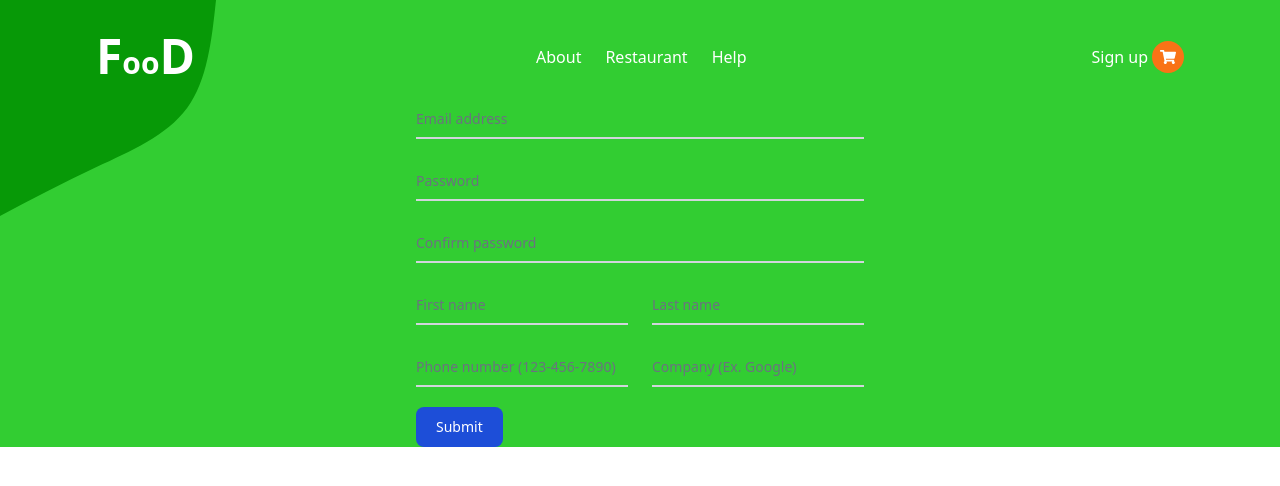
Repository: KhushiCode14/FoodWeb
Page: /signUp (app in frontend/)
The author's editor kept a copy of each file at every save. The page is drawn from the files as they stood at one save, then again after a run of saves.
The browser window is 1280 px wide. The pictures show the whole page.
The project was rebuilt for these pictures with package versions that can differ from the ones it lists, and the page was loaded fresh each time. Also part of the build but not shown: frontend/src/Pages/Home.tsx, frontend/src/components/Home/SignIn.tsx, frontend/src/components/Home/Cart.tsx.

Above is the page before, as saved 2024-09-20 19:57:23.

### frontend/src/index.css
@tailwind base;
@tailwind components;
@tailwind utilities;

.bgBack{
  background-image: url(../src/components/images/background.svg);
}
.bgSignUp{
  background-image:url(../src/components/images/signUpBg.jpeg);
}

### frontend/src/App.tsx
import { Route, BrowserRouter as Router, Routes, } from 'react-router-dom';
import './App.css';
import Navbar from './Pages/Navbar';
import Home from './Pages/Home';
import SignUp from './components/Home/SignUp';
import SignIn from './components/Home/SignIn';
import Cart from './components/Home/Cart';

function App() {
  return (
    <div className="App bgBack m-0 px-20 pt-2 max-sm:px-3 max-sm:pt-1">
      <Router>
        <Navbar />
        <Routes>
          <Route path="/" element={<Home />} />
          <Route path="/signUp" element={<SignUp />} />
          {/* Sign Up: This action is for new users who want to create an account. */}
          <Route path="/signIn" element={<SignIn />} />
          {/* Sign In: This action is for users who already have an account */}
          <Route path="/cart" element={<Cart />} />
          {/* <Route  path="/about" element={About} />
        <Route  path="/contact" element={Contact} /> */}
        </Routes>
      </Router>

    </div>
  );
}

export default App;

### frontend/src/Pages/Navbar.tsx
import { NavLink, Link } from "react-router-dom";
import { FaShoppingCart, FaCartPlus } from "react-icons/fa";
import { useState } from "react";
import { IoReorderThreeOutline } from "react-icons/io5";

interface Nav {
  to: string;
  linkName: string;
}

const Navbar: React.FC = () => {
  const [sign, setSign] = useState<string>('Sign up');
  const [menu, setMenu] = useState<boolean>(false);
  const [cart, setCart] = useState<JSX.Element>(<FaShoppingCart />);

  const navLinks: Nav[] = [
    { to: "/about", linkName: "About" },
    { to: "/", linkName: "Restaurant" },
    { to: "/help", linkName: "Help" },
  ];

  const handleSignToggle = () => {
    setSign((prev) => (prev === 'Sign up' ? 'Sign in' : 'Sign up'));
  };

  const handleCartToggle = () => {
    setCart((prevCart) =>
      prevCart.type === FaShoppingCart ? <FaCartPlus /> : <FaShoppingCart />
    );
  };

  return (
    <div className="mt-2 flex justify-between items-center text-white  p-4">
      <div className="font-bold text-3xl">
        <Link to="/">
          <span className="text-5xl">F</span>oo<span className="text-5xl">D</span>
        </Link>
      </div>

      {/* Desktop Menu */}
      <div className="hidden md:flex">
        {navLinks.map((link, index) => (
          <Link key={index} to={link.to} className="mx-3 hover:text-gray-400">
            {link.linkName}
          </Link>
        ))}
      </div>

      {/* Mobile Menu Button */}
      <div className="flex items-center relative">
        <button className="hidden md:block">
          <NavLink to="/signUp" onClick={handleSignToggle} className="m-1">
            {sign}
          </NavLink>
        </button>

        <div onClick={handleCartToggle} className="bg-orange-500 p-2 rounded-full cursor-pointer">
         <Link to="/cart"> {cart}</Link>
        </div>

        <div className="md:hidden flex items-center ml-3">
          <IoReorderThreeOutline onClick={() => setMenu(!menu)} className="text-2xl cursor-pointer" />
        </div>
      </div>

      {/* Mobile Dropdown Menu */}
      {menu && (
        <div className="md:hidden mt-2 absolute right-0 w-40 bg-orange-500  p-2 rounded-lg z-10 top-20">
          <ul className="flex flex-col">
            {navLinks.map((link, index) => (
              <li key={index} className="my-1">
                <Link to={link.to} className="block px-4 py-2 text-white text-1xl  hover:bg-orange-800 rounded">
                  {link.linkName}
                </Link>
              </li>
            ))}
          </ul>
        </div>
      )}
    </div>
  );
};

export default Navbar;

### frontend/src/components/Home/SignUp.tsx
import React, { useState } from 'react';

const FormComponent: React.FC = () => {
  const [formData, setFormData] = useState({
    email: '',
    password: '',
    repeatPassword: '',
    firstName: '',
    lastName: '',
    phone: '',
    company: ''
  });

  const handleChange = (e: React.ChangeEvent<HTMLInputElement>) => {
    setFormData({ ...formData, [e.target.name]: e.target.value });
  };

  const handleSubmit = (e: React.FormEvent) => {
    e.preventDefault();
    console.log(formData);
    // Add form submission logic here
  };

  return (
    <form className="max-w-md mx-auto  " onSubmit={handleSubmit} >
      <div className="relative z-0 w-full mb-5 group ">
        <input
          type="email"
          name="email"
          id="floating_email"
          className="block py-2.5 px-0 w-full text-sm text-black bg-transparent border-0 border-b-2 border-gray-300 appearance-none dark:text-white dark:border-gray-600 dark:focus:border-blue-500 focus:outline-none focus:ring-0 focus:border-blue-600 peer"
          placeholder=" "
          value={formData.email}
          onChange={handleChange}
          required
        />
        <label
          htmlFor="floating_email"
          className="peer-focus:font-medium absolute text-sm text-gray-500 dark:text-gray-400 duration-300 transform -translate-y-6 scale-75 top-3 -z-10 origin-[0] peer-focus:start-0 rtl:peer-focus:translate-x-1/4 peer-focus:text-blue-600 peer-focus:dark:text-blue-500 peer-placeholder-shown:scale-100 peer-placeholder-shown:translate-y-0 peer-focus:scale-75 peer-focus:-translate-y-6"
        >
          Email address
        </label>
      </div>

      <div className="relative z-0 w-full mb-5 group">
        <input
          type="password"
          name="password"
          id="floating_password"
          className="block py-2.5 px-0 w-full text-sm text-gray-900 bg-transparent border-0 border-b-2 border-gray-300 appearance-none dark:text-white dark:border-gray-600 dark:focus:border-blue-500 focus:outline-none focus:ring-0 focus:border-blue-600 peer"
          placeholder=" "
          value={formData.password}
          onChange={handleChange}
          required
        />
        <label
          htmlFor="floating_password"
          className="peer-focus:font-medium absolute text-sm text-gray-500 dark:text-gray-400 duration-300 transform -translate-y-6 scale-75 top-3 -z-10 origin-[0] peer-focus:start-0 rtl:peer-focus:translate-x-1/4 peer-focus:text-blue-600 peer-focus:dark:text-blue-500 peer-placeholder-shown:scale-100 peer-placeholder-shown:translate-y-0 peer-focus:scale-75 peer-focus:-translate-y-6"
        >
          Password
        </label>
      </div>

      <div className="relative z-0 w-full mb-5 group">
        <input
          type="password"
          name="repeatPassword"
          id="floating_repeat_password"
          className="block py-2.5 px-0 w-full text-sm text-gray-900 bg-transparent border-0 border-b-2 border-gray-300 appearance-none dark:text-white dark:border-gray-600 dark:focus:border-blue-500 focus:outline-none focus:ring-0 focus:border-blue-600 peer"
          placeholder=" "
          value={formData.repeatPassword}
          onChange={handleChange}
          required
        />
        <label
          htmlFor="floating_repeat_password"
          className="peer-focus:font-medium absolute text-sm text-gray-500 dark:text-gray-400 duration-300 transform -translate-y-6 scale-75 top-3 -z-10 origin-[0] peer-focus:start-0 rtl:peer-focus:translate-x-1/4 peer-focus:text-blue-600 peer-focus:dark:text-blue-500 peer-placeholder-shown:scale-100 peer-placeholder-shown:translate-y-0 peer-focus:scale-75 peer-focus:-translate-y-6"
        >
          Confirm password
        </label>
      </div>

      <div className="grid md:grid-cols-2 md:gap-6">
        <div className="relative z-0 w-full mb-5 group">
          <input
            type="text"
            name="firstName"
            id="floating_first_name"
            className="block py-2.5 px-0 w-full text-sm text-gray-900 bg-transparent border-0 border-b-2 border-gray-300 appearance-none dark:text-white dark:border-gray-600 dark:focus:border-blue-500 focus:outline-none focus:ring-0 focus:border-blue-600 peer"
            placeholder=" "
            value={formData.firstName}
            onChange={handleChange}
            required
          />
          <label
            htmlFor="floating_first_name"
            className="peer-focus:font-medium absolute text-sm text-gray-500 dark:text-gray-400 duration-300 transform -translate-y-6 scale-75 top-3 -z-10 origin-[0] peer-focus:start-0 rtl:peer-focus:translate-x-1/4 peer-focus:text-blue-600 peer-focus:dark:text-blue-500 peer-placeholder-shown:scale-100 peer-placeholder-shown:translate-y-0 peer-focus:scale-75 peer-focus:-translate-y-6"
          >
            First name
          </label>
        </div>

        <div className="relative z-0 w-full mb-5 group">
          <input
            type="text"
            name="lastName"
            id="floating_last_name"
            className="block py-2.5 px-0 w-full text-sm text-gray-900 bg-transparent border-0 border-b-2 border-gray-300 appearance-none dark:text-white dark:border-gray-600 dark:focus:border-blue-500 focus:outline-none focus:ring-0 focus:border-blue-600 peer"
            placeholder=" "
            value={formData.lastName}
            onChange={handleChange}
            required
          />
          <label
            htmlFor="floating_last_name"
            className="peer-focus:font-medium absolute text-sm text-gray-500 dark:text-gray-400 duration-300 transform -translate-y-6 scale-75 top-3 -z-10 origin-[0] peer-focus:start-0 rtl:peer-focus:translate-x-1/4 peer-focus:text-blue-600 peer-focus:dark:text-blue-500 peer-placeholder-shown:scale-100 peer-placeholder-shown:translate-y-0 peer-focus:scale-75 peer-focus:-translate-y-6"
          >
            Last name
          </label>
        </div>
      </div>

      <div className="grid md:grid-cols-2 md:gap-6">
        <div className="relative z-0 w-full mb-5 group">
          <input
            type="tel"
            pattern="[0-9]{3}-[0-9]{3}-[0-9]{4}"
            name="phone"
            id="floating_phone"
            className="block py-2.5 px-0 w-full text-sm text-gray-900 bg-transparent border-0 border-b-2 border-gray-300 appearance-none dark:text-white dark:border-gray-600 dark:focus:border-blue-500 focus:outline-none focus:ring-0 focus:border-blue-600 peer"
            placeholder=" "
            value={formData.phone}
            onChange={handleChange}
            required
          />
          <label
            htmlFor="floating_phone"
            className="peer-focus:font-medium absolute text-sm text-gray-500 dark:text-gray-400 duration-300 transform -translate-y-6 scale-75 top-3 -z-10 origin-[0] peer-focus:start-0 rtl:peer-focus:translate-x-1/4 peer-focus:text-blue-600 peer-focus:dark:text-blue-500 peer-placeholder-shown:scale-100 peer-placeholder-shown:translate-y-0 peer-focus:scale-75 peer-focus:-translate-y-6"
          >
            Phone number (123-456-7890)
          </label>
        </div>

        <div className="relative z-0 w-full mb-5 group">
          <input
            type="text"
            name="company"
            id="floating_company"
            className="block py-2.5 px-0 w-full text-sm text-gray-900 bg-transparent border-0 border-b-2 border-gray-300 appearance-none dark:text-white dark:border-gray-600 dark:focus:border-blue-500 focus:outline-none focus:ring-0 focus:border-blue-600 peer"
            placeholder=" "
            value={formData.company}
            onChange={handleChange}
            required
          />
          <label
            htmlFor="floating_company"
            className="peer-focus:font-medium absolute text-sm text-gray-500 dark:text-gray-400 duration-300 transform -translate-y-6 scale-75 top-3 -z-10 origin-[0] peer-focus:start-0 rtl:peer-focus:translate-x-1/4 peer-focus:text-blue-600 peer-focus:dark:text-blue-500 peer-placeholder-shown:scale-100 peer-placeholder-shown:translate-y-0 peer-focus:scale-75 peer-focus:-translate-y-6"
          >
            Company (Ex. Google)
          </label>
        </div>
      </div>

      <button
        type="submit"
        className="text-white bg-blue-700 hover:bg-blue-800 focus:ring-4 focus:outline-none focus:ring-blue-300 font-medium rounded-lg text-sm w-full sm:w-auto px-5 py-2.5 text-center dark:bg-blue-600 dark:hover:bg-blue-700 dark:focus:ring-blue-800"
      >
        Submit
      </button>
    </form>
  );
};

export default FormComponent;

### frontend/tailwind.config.js
/** @type {import('tailwindcss').Config} */
module.exports = {
  content: [
    "./src/**/*.{js,jsx,ts,tsx}",
  ],
  theme: {
    extend: {
      fontFamily: {
        'cursive': ['Pacifico', 'cursive']
      }
    },
  },
  plugins: [],
}

Loaded but not shown: frontend/public/index.html (common file); frontend/src/index.tsx (common file); frontend/src/reportWebVitals.ts (common file); frontend/src/App.css (no stored copy; drawn as an empty file)

After the next 2 saves:
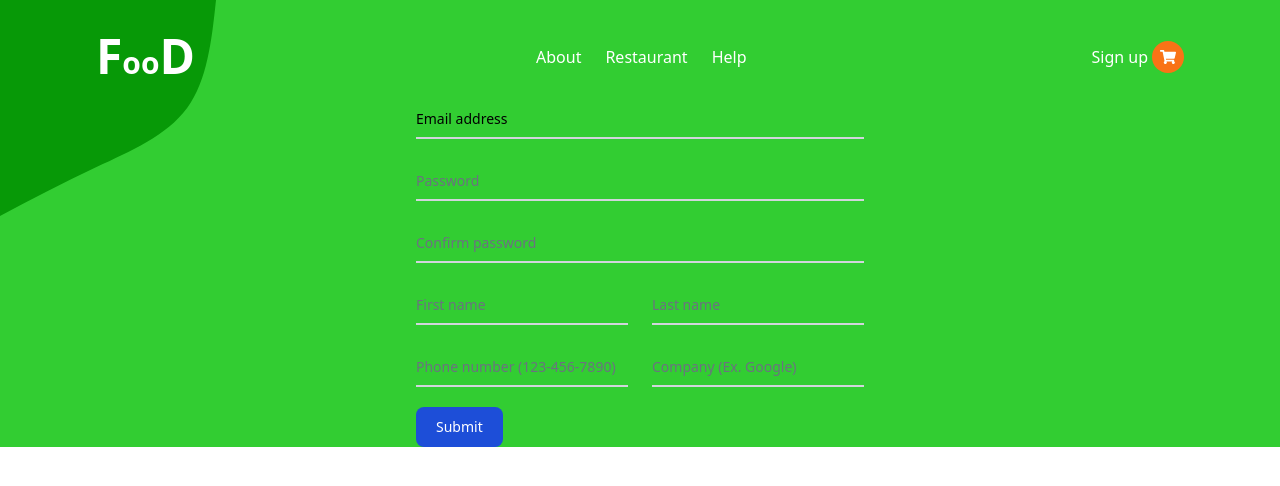
The 2 saves are shown as one change because they came seconds apart.
The last was saved 40 s later.
--- a/frontend/src/components/Home/SignUp.tsx
+++ b/frontend/src/components/Home/SignUp.tsx
@@ -36,7 +36,7 @@ const FormComponent: React.FC = () => {
         />
         <label
           htmlFor="floating_email"
-          className="peer-focus:font-medium absolute text-sm text-gray-500 dark:text-gray-400 duration-300 transform -translate-y-6 scale-75 top-3 -z-10 origin-[0] peer-focus:start-0 rtl:peer-focus:translate-x-1/4 peer-focus:text-blue-600 peer-focus:dark:text-blue-500 peer-placeholder-shown:scale-100 peer-placeholder-shown:translate-y-0 peer-focus:scale-75 peer-focus:-translate-y-6"
+          className="peer-focus:font-medium absolute text-sm text-black dark:text-gray-400 duration-300 transform -translate-y-6 scale-75 top-3 -z-10 origin-[0] peer-focus:start-0 rtl:peer-focus:translate-x-1/4 peer-focus:text-blue-600 peer-focus:dark:text-blue-500 peer-placeholder-shown:scale-100 peer-placeholder-shown:translate-y-0 peer-focus:scale-75 peer-focus:-translate-y-6"
         >
           Email address
         </label>
